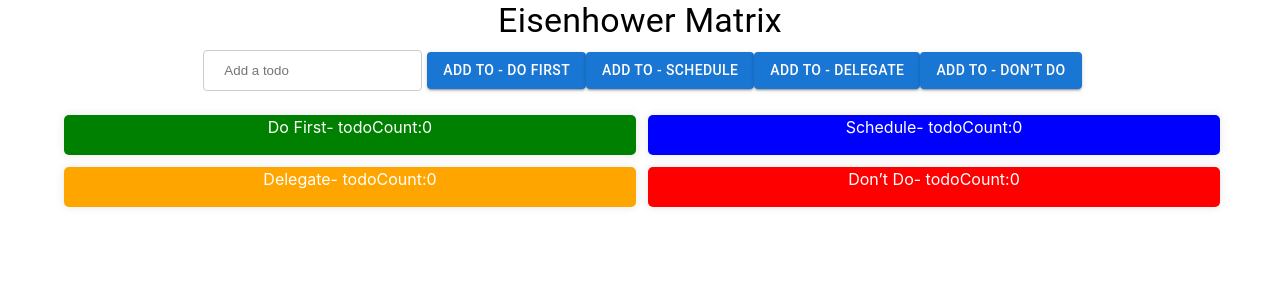
Repository: GokulDev4U/Krixi_react_assignment
Page: /, after clicking the first element matching `button.MuiButtonBase-root`
The author's editor kept a copy of each file at every save. The page is drawn from the files as they stood at one save, then again after the next save.
The browser window is 1280 px wide. The pictures show the whole page.
The project was rebuilt for these pictures with package versions that can differ from the ones it lists, and the page was loaded fresh each time.

Above is the page before, as saved 2022-04-04 17:23:25.

### src/App.js
import React, { useState } from "react";
import { Container, Grid, Button, Typography } from "@mui/material";
import Card from "./Components/card/Card";
import { useDispatch } from "react-redux";
import { addDoFirst } from "./features/todo/todoSlice";
import { addSchedule } from "./features/todo/todoScheduleSlice";
import { addDelegate } from "./features/todo/todoDelegateSlice";
import { addDontDo } from "./features/todo/todoDontDoSlice";
import "./App.css";

function App() {
  const dispatch = useDispatch();
  const [todo, setTodo] = useState("");
  let finalTodo = todo;
  const handleChange = (e) => {
    setTodo(e.target.value);
  };
  const handleDoFirstButtonClick = (e) => {
    e.preventDefault();
    e.stopPropagation();
    if (todo.length > 0) {
      dispatch(addDoFirst(finalTodo));
      setTodo("");
    }
  };
  const handleScheduleButtonClick = (e) => {
    e.preventDefault();
    e.stopPropagation();
    if (todo.length > 0) {
      dispatch(addSchedule(finalTodo));
      setTodo("");
    }
  };
  const handleDelegateButtonClick = (e) => {
    e.preventDefault();
    e.stopPropagation();
    if (todo.length > 0) {
      dispatch(addDelegate(finalTodo));
      setTodo("");
    }
  };
  const handleDontDoButtonClick = (e) => {
    e.preventDefault();
    e.stopPropagation();
    if (todo.length > 0) {
      dispatch(addDontDo(finalTodo));
      setTodo("");
    }
  };
  return (
    <div className="App">
      <Container sx={{ flexGrow: 1 }}>
        <Typography variant="h4">Eisenhower Matrix</Typography>
        <Grid container spacing={2}>
          <Grid item xs={12}>
            <input
              type="text"
              placeholder="Add a todo"
              value={todo}
              onChange={handleChange}
            />
            <Button
              variant="contained"
              color="primary"
              onClick={handleDoFirstButtonClick}
            >
              Add to - do first
            </Button>
            <Button
              variant="contained"
              color="primary"
              onClick={handleScheduleButtonClick}
            >
              Add to - Schedule
            </Button>
            <Button
              variant="contained"
              color="primary"
              onClick={handleDelegateButtonClick}
            >
              Add to - Delegate
            </Button>
            <Button
              variant="contained"
              color="primary"
              onClick={handleDontDoButtonClick}
            >
              Add to - Don’t Do
            </Button>
          </Grid>
          <Grid item xs={6}>
            <Card color="green" title="Do First" flag="doFirst" />
          </Grid>
          <Grid item xs={6}>
            <Card color="blue" title="Schedule" flag="schedule" />
          </Grid>
          <Grid item xs={6}>
            <Card color="orange" title="Delegate" flag="delegate" />
          </Grid>
          <Grid item xs={6}>
            <Card color="red" title="Don’t Do" flag="dontDo" />
          </Grid>
        </Grid>
      </Container>
    </div>
  );
}

export default App;

### src/app/store.js
import { configureStore } from "@reduxjs/toolkit";
import todoReducer from "../features/todo/todoSlice";
import todoScheduleReducer from "../features/todo/todoScheduleSlice";
import todoDelegateReducer from "../features/todo/todoDelegateSlice";
import todoDontDoReducer from "../features/todo/todoDontDoSlice";

export const store = configureStore({
  reducer: {
    todo: todoReducer,
    todoSchedule: todoScheduleReducer,
    todoDelegate: todoDelegateReducer,
    todoDontDo: todoDontDoReducer,
  },
});

### src/Components/card/Card.jsx
import React from 'react';
import { useSelector } from 'react-redux';
import { selectTodoDoFirst } from '../../features/todo/todoSlice';
import { selectTodoSchedule } from '../../features/todo/todoScheduleSlice';
import { selectTodoDelegate } from '../../features/todo/todoDelegateSlice';
import { selectTodoDontDo } from '../../features/todo/todoDontDoSlice';
import EditIcon from '@mui/icons-material/Edit';
import DeleteIcon from '@mui/icons-material/Delete';
import './Card.css';

const Card = ({ color, title, flag }) => {
  const todosDoFirst = useSelector(selectTodoDoFirst);
  const todosSchedule = useSelector(selectTodoSchedule);
  const todosDelegate = useSelector(selectTodoDelegate);
  const todosDontDo = useSelector(selectTodoDontDo);

  let todosDoFirstLength = todosDoFirst.length;
  let todosScheduleLength = todosSchedule.length;
  let todosDelegateLength = todosDelegate.length;
  let todosDontDoLength = todosDontDo.length;

  return (
    <div className='box' style={{ backgroundColor: `${color}` }}>
      <div className="card-title">
        {`${title}- todoCount:${Number((flag === "doFirst" && todosDoFirstLength) || (flag === "schedule" && todosScheduleLength) || (flag === "delegate" && todosDelegateLength) || (flag === "dontDo" && todosDontDoLength))}`}
      </div>
      <div className="card-content">
        <div className="card-content-item">
          {flag === "doFirst" && todosDoFirst?.map((todo, index) => (
            <div key={index}>
              {todo}
            </div>
          ))}
        </div>
        <div className="card-content-item">
          {flag === "schedule" && todosSchedule?.map((todo, index) => (
            <div key={index}>
              {todo}
            </div>
          ))}
        </div>
        <div className="card-content-item">
          {flag === "delegate" && todosDelegate?.map((todo, index) => (
            <div key={index}>
              {todo}
            </div>
          ))}
        </div>
        <div className="card-content-item">
          {flag === "dontDo" && todosDontDo?.map((todo, index) => (
            <div key={index}>
              {todo}
            </div>
          ))}
        </div>
      </div>
    </div>
  );
};

export default Card;

### src/features/todo/todoSlice.jsx
import { createSlice } from "@reduxjs/toolkit";

const initialState = {
    doFirst: [],
    // schedule: [],
    // delegate: [],
    // dontDo: [],
};

export const todoSlice = createSlice({
    name: "todo",
    initialState,
    reducers: {
        addDoFirst: (state, action) => {
            state.doFirst.push(action.payload);
        },
        // addSchedule: (state, action) => {
        //     state.schedule.push(action.payload);
        // },
        // addDelegate: (state, action) => {
        //     state.delegate.push(action.payload);
        // },
        // addDontDo: (state, action) => {
        //     state.dontDo.push(action.payload);
        // },
        remove: (state) => {
            // state.value -= 1;
        },
        edit: (state, action) => {
            // state.value += action.payload;
        },
    },
});

export const { addDoFirst, addDelegate, addSchedule, addDontDo, remove, edit } = todoSlice.actions;

export const selectTodoDoFirst = (state) => state.todo.doFirst;
// export const selectTodoSchedule = (state) => state.todo.schedule;
// export const selectTodoDelegate = (state) => state.todo.delegate;
// export const selectTodoDontDo = (state) => state.todo.dontDo;

export default todoSlice.reducer;

### src/features/todo/todoScheduleSlice.jsx
import { createSlice } from "@reduxjs/toolkit";

const initialState = {
    schedule: [],
};

export const todoScheduleSlice = createSlice({
    name: "todoSchedule",
    initialState,
    reducers: {
        addSchedule: (state, action) => {
            state.schedule.push(action.payload);
        },
        remove: (state) => {

        },
        edit: (state, action) => {

        },
    },
});

export const { addSchedule, remove, edit } = todoScheduleSlice.actions;

export const selectTodoSchedule = (state) => state.todoSchedule.schedule;

export default todoScheduleSlice.reducer;

### src/features/todo/todoDelegateSlice.jsx
import { createSlice } from "@reduxjs/toolkit";

const initialState = {
    delegate: [],
};

export const todoDelegateSlice = createSlice({
    name: "todoDelegate",
    initialState,
    reducers: {
        addDelegate: (state, action) => {
            state.delegate.push(action.payload);
        },
        remove: (state) => {

        },
        edit: (state, action) => {

        },
    },
});

export const { addDelegate, remove, edit } = todoDelegateSlice.actions;

export const selectTodoDelegate = (state) => state.todoDelegate.delegate;

export default todoDelegateSlice.reducer;

### src/features/todo/todoDontDoSlice.jsx
import { createSlice } from "@reduxjs/toolkit";

const initialState = {
    dontDo: [],
};

export const todoDontDoSlice = createSlice({
    name: "todoDontDo",
    initialState,
    reducers: {
        addDontDo: (state, action) => {
            state.dontDo.push(action.payload);
        },
        remove: (state) => {

        },
        edit: (state, action) => {

        },
    },
});

export const { addDontDo, remove, edit } = todoDontDoSlice.actions;

export const selectTodoDontDo = (state) => state.todoDontDo.dontDo;

export default todoDontDoSlice.reducer;

### src/App.css
.App {
  text-align: center;
}

input[type=text]{
  /* width: 100%; */
  padding: 12px 20px;
  margin: 8px 5px;
  display: inline-block;
  border: 1px solid #ccc;
  border-radius: 4px;
  box-sizing: border-box;
}

Button {
  margin-right: 5px;
}

### src/Components/card/Card.css
 .box{
    width: 100%;
    height: 100%;
    color: #fff;
    border-radius: 5px;
    box-shadow: 0 0 10px rgba(0,0,0,0.1);
    overflow: hidden;
    cursor: pointer;
    padding: 2px;
 }

 .card-content-item{
      width: 100%;
      height: 100%;
      background-color: rgb(187, 231, 202);
      border-radius: 5px;
      margin: 12px 0px;
 }

Loaded but not shown: public/index.html (common file); src/index.js (common file); src/index.css (common file); src/serviceWorker.js (common file)

After the next save:
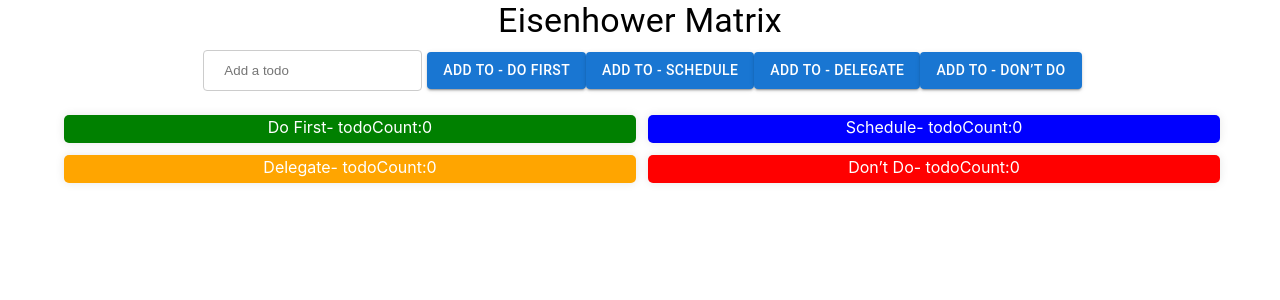
Saved 17 s later.
--- a/src/Components/card/Card.css
+++ b/src/Components/card/Card.css
@@ -14,5 +14,4 @@
       height: 100%;
       background-color: rgb(187, 231, 202);
       border-radius: 5px;
-      margin: 12px 0px;
  }
